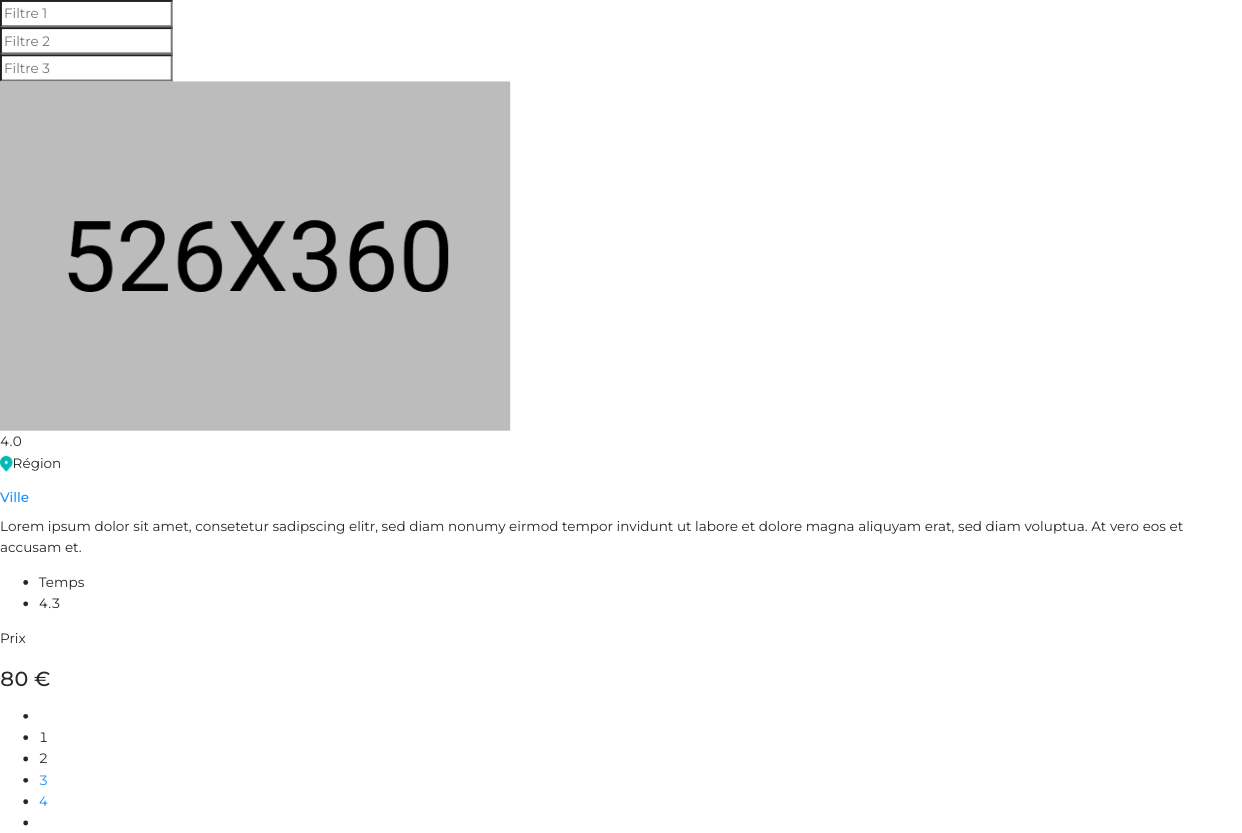
Repository: Emerson1220/projet-neofeel-lacapsule
Page: /roadPlanner (app in reactapp/)
The author's editor kept a copy of each file at every save. The page is drawn from the files as they stood at one save, then again after the next save.
The browser window is 1280 px wide. The pictures show the whole page, at 97% of full size.
The project was rebuilt for these pictures with package versions that can differ from the ones it lists, and the page was loaded fresh each time. A package was used in the major version that the imports need, not the one package.json lists. Also part of the build but not shown: reactapp/src/Nav.js, reactapp/src/ScreenHome.js.

Above is the page before, as saved 2021-05-18 08:36:31.

### reactapp/src/App.js
import './App.css';
import Nav from './Nav'
import {BrowserRouter as Router, Switch, Route} from 'react-router-dom'

import ScreenHome from './ScreenHome';
import ScreenRoadPlanner from './screens/ScreenRoadPlanner';

function App() {
  return (



    // <SearchPage></SearchPage>
      <Router>
        <Switch>
          <Route component={ScreenHome} path="/" exact />
          <Route component={ScreenRoadPlanner} path="/roadPlanner"  />
          {/* <Route component={ScreenConnexion} path="/connexion"  />
          <Route component={ScreenSearch} path="/recherche"  />
          <Route component={ScreenInfo} path="/info"  />
          <Route component={ScreenPartner} path="/partenaire"  />
          <Route component={ScreenRoadPlanner} path="/roadPlanner"  />
          <Route component={ScreenTrips} path="/voyages"  />
          <Route component={ScreenProfil} path="/profil"  />
          <Route component={ScreenBasket} path="/panier"  />
          <Route component={ScreenSuggestion} path="/suggestion"  /> */}
        </Switch>
      </Router>

  );
}

export default App;

### reactapp/src/App.css
@import '~antd/dist/antd.css';
@import url('https://fonts.googleapis.com/css2?family=Montserrat:ital,wght@0,200;0,300;0,400;0,500;0,600;0,700;1,400;1,600&display=swap');

* {
  font-family: 'Montserrat', sans-serif;
}

.App {
  text-align: center;
}

.App-logo {
  height: 40vmin;
  pointer-events: none;
}

@media (prefers-reduced-motion: no-preference) {
  .App-logo {
    animation: App-logo-spin infinite 20s linear;
  }
}

.App-header {
  background-color: #282c34;
  min-height: 100vh;
  display: flex;
  flex-direction: column;
  align-items: center;
  justify-content: center;
  font-size: calc(10px + 2vmin);
  color: white;
}

.App-link {
  color: #61dafb;
}

@keyframes App-logo-spin {
  from {
    transform: rotate(0deg);
  }
  to {
    transform: rotate(360deg);
  }
}
/* CSS NAVBAR _______________________*/



.h1-montserrat {
  width: auto; /* 366px */
  height: auto; /* 58px */
  overflow: visible;
  white-space: pre;
  letter-spacing: 0px;
  line-height: 1.2;
  color: #106271;
  font-weight: 700;
  font-family: "Inter-Bold", "Inter", sans-serif;
  font-size: 48px;
}

.devenezPartenaireButton{

background-color: #e06868;
overflow: visible;
  white-space: pre;
  letter-spacing: 0px;
line-height: 1.2;
  color: #ffffff;
  font-weight: 700;
  font-family: "Inter-Bold", "Inter", sans-serif;
width: 150px;
height: 50px;
left: 971px;
top: 40px;
border-radius: 5px;
}

.listNav{
  color: #106271;
  margin: 0px 0px;
}

### reactapp/src/screens/ScreenRoadPlanner.js
import React from 'react';
import '../App.css';
import { Button } from 'antd';
import { Link } from 'react-router-dom';
import Nav from '../Nav'

function ScreenRoadPlanner() {

    return (	<div style={{ paddingtop:'120px' }}>

                <div style={ styles.container }>

                    <div className="row">

                        <div className="col-xl-9 col-lg-8 order-lg-12">
                            <div className="tp-tour-list-search-area"> {/* Filters */}
                                <div className="row">
                                    <div className="col-xl-3 col-sm-6">
                                        <label className="single-input-wrap tour-list-search-icon">
                                        <i className="la la-arrow-up" />
                                        <input type="text" placeholder="Filtre 1" />
                                        </label>
                                    </div>

                                    <div className="col-xl-3 col-sm-6">
                                        <label className="single-input-wrap tour-list-search-icon">
                                        <i className="la la-arrow-down" />
                                        <input type="text" placeholder="Filtre 2" />
                                        </label>
                                    </div>

                                    <div className="col-xl-3 col-sm-6">
                                        <label className="single-input-wrap">
                                        <i className="fa fa-paper-plane" />
                                        <input type="text" placeholder="Filtre 3" />
                                        </label>
                                    </div>
                                </div>
                            </div> {/* End -> ButtonFilters */}

                            <div className="tour-list-area"> {/* Container -> Card expérience */}
                                <div className="single-destinations-list style-three"> {/* Card expérience */}
                                    <div className="thumb">
                                        <img src="images/photo-526x360.png" alt="list" />
                                    </div>
                                    <div className="details">
                                        <div className="tp-review-meta">
                                            <i className="ic-yellow fa fa-star" />
                                            <i className="ic-yellow fa fa-star" />
                                            <i className="ic-yellow fa fa-star" />
                                            <i className="ic-yellow fa fa-star" />
                                            <i className="fa fa-star" />
                                            <span>4.0</span>
                                        </div>

                                        <p className="location"><img src="images/icone-geo.png" alt="map" />Région</p>
                                        <h4 className="title"><Link to="/tour-details">Ville</Link></h4>
                                        <p className="content">Lorem ipsum dolor sit amet, consetetur sadipscing elitr, sed diam nonumy eirmod tempor invidunt ut labore et dolore magna aliquyam erat, sed diam voluptua. At vero eos et accusam et.</p>

                                        <div className="list-price-meta">
                                            <ul className="tp-list-meta d-inline-block">
                                                <li><i className="fa fa-clock-o" /> Temps</li>
                                                <li><i className="fa fa-star" /> 4.3</li>
                                            </ul>
                                            <div className="tp-price-meta d-inline-block">
                                                <p>Prix</p>
                                                <h2>80 <span>€</span></h2>
                                            </div>
                                        </div>
                                    </div>
                                </div> {/* End -> Card expérience */}
                            </div> {/* End -> Container -> Card expérience */}


                            <div className="text-md-center text-left"> {/* Pagination */}
                                <div className="tp-pagination text-md-center text-left d-inline-block mt-4">
                                    <ul>
                                        <li><a className="prev page-numbers" href="#"><i className="la la-long-arrow-left" /></a></li>
                                        <li><span className="page-numbers">1</span></li>
                                        <li><span className="page-numbers current">2</span></li>
                                        <li><a className="page-numbers" href="#">3</a></li>
                                        <li><a className="page-numbers" href="#">4</a></li>
                                        <li><a className="next page-numbers" href="#"><i className="la la-long-arrow-right" /></a></li>
                                    </ul>
                                </div>
                            </div>{/* End -> Pagination */}
                        </div>
                    </div>
                </div>
            </div>
    )
};

let styles = {
    container: {
        width: '100%',
        paddingright: '15px',
        paddingleft: '15px',
        marginright: 'auto',
        marginleft: 'auto',
    },



}





export default ScreenRoadPlanner;

Loaded but not shown: reactapp/public/index.html (common file); reactapp/src/index.js (common file); reactapp/src/index.css (common file); reactapp/src/reportWebVitals.js (common file)

After the next save:
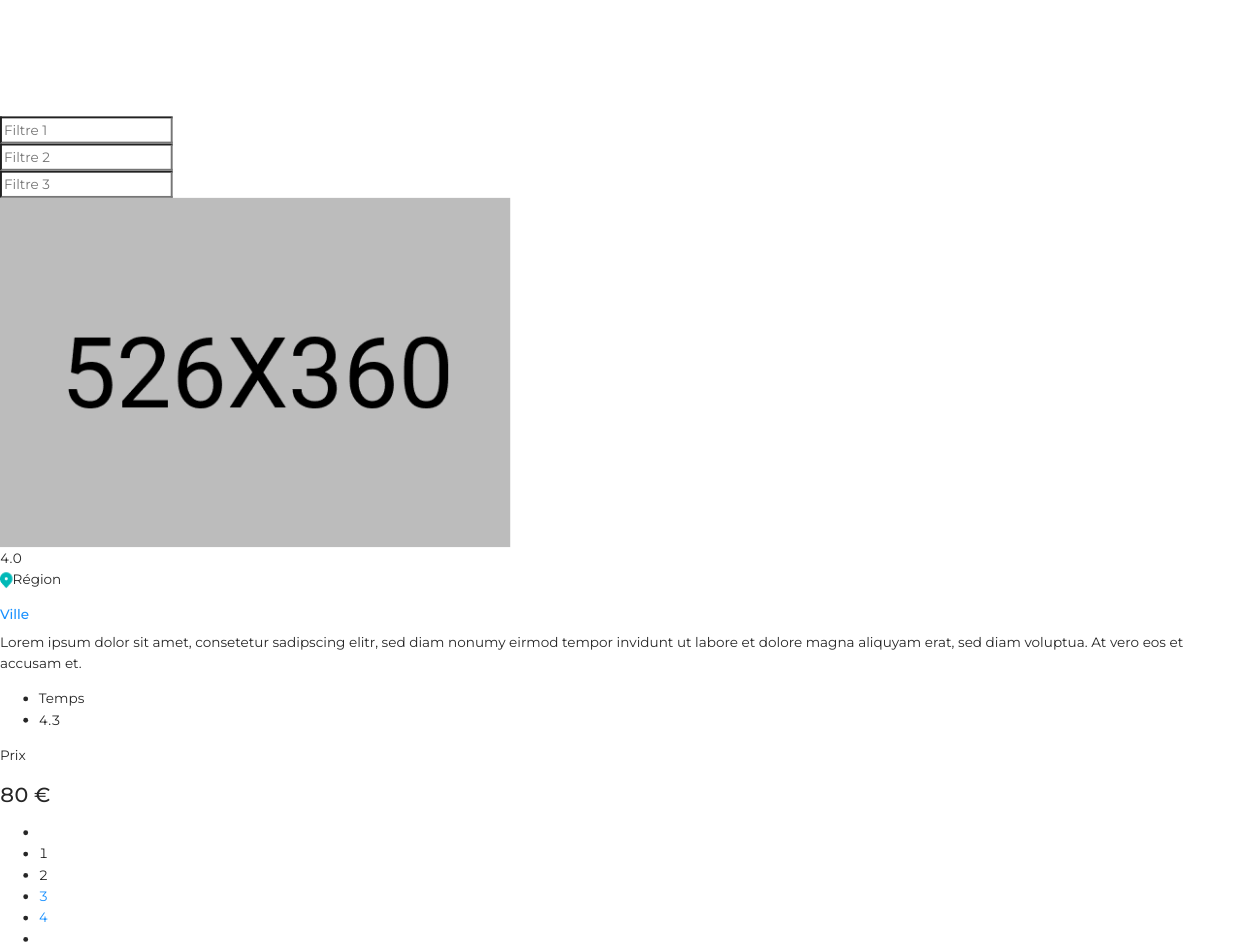
Saved 31 s later.
--- a/reactapp/src/screens/ScreenRoadPlanner.js
+++ b/reactapp/src/screens/ScreenRoadPlanner.js
@@ -6,7 +6,7 @@ import Nav from '../Nav'
 
 function ScreenRoadPlanner() {
 
-    return (	<div style={{ paddingtop:'120px' }}>
+    return (	<div style={{ paddingTop:'120px' }}>
 
                 <div style={ styles.container }>
 
